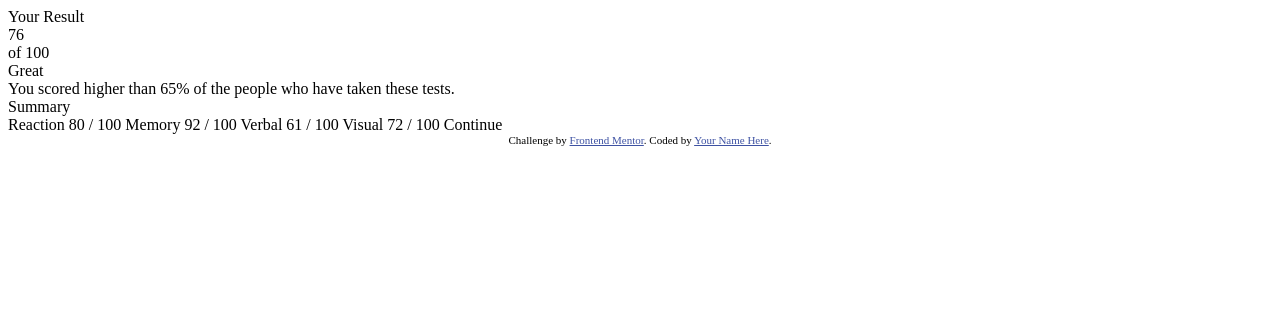
Repository: deptraicogisainao/First-challenge
Page: results-summary-component-main/index.html
An editor plug-in stored every save of this project. The page is shown before and after the next save, followed by the edit.
The browser window is 1280 px wide. The pictures show the whole page.

Above is the page before, as saved 2023-04-12 14:39:25.

### results-summary-component-main/index.html
<!DOCTYPE html>
<html lang="en">
<head>
  <meta charset="UTF-8">
  <meta name="viewport" content="width=device-width, initial-scale=1.0"> <!-- displays site properly based on user's device -->

  <link rel="icon" type="image/png" sizes="32x32" href="./assets/images/favicon-32x32.png">

  <title>Frontend Mentor | Results summary component</title>

  <!-- Feel free to remove these styles or customise in your own stylesheet 👍 -->
  <style>
    .attribution { font-size: 11px; text-align: center; }
    .attribution a { color: hsl(228, 45%, 44%); }
  </style>
</head>
<body>

<div class="wrapper">
  <div class="result">
    <div class="heading">Your Result</div>
    <div class="score">
      <div class="score1">76</div>
      <div class="score2">of 100</div>
    </div>
    <div class="rating">Great</div>
    <div class="comment"> You scored higher than 65% of the people who have taken these tests.</div>
  </div>
  <div class="summary">
    <div class="heading">
      Summary</div>
    <div class="details">
      <div class="details1">
        <div class="reaction"></div>
        <div class="score1"></div>
      </div>
      <div class="details2">
        <div class="memory"></div>
        <div class="score2"></div>
      </div>
      <div class="details3">
        <div class="verbal"></div>
        <div class="score3"></div>
      </div>
      <div class="details4">
        <div class="visual"></div>
        <div class="score4"></div>
      </div>




    </div>
    <div class="continue"></div>
  </div>
</div>












  Reaction
  80 / 100

  Memory
  92 / 100

  Verbal
  61 / 100

  Visual
  72 / 100

  Continue

  <div class="attribution">
    Challenge by <a href="https://www.frontendmentor.io?ref=challenge" target="_blank">Frontend Mentor</a>.
    Coded by <a href="#">Your Name Here</a>.
  </div>
</body>
</html>

After the next save:
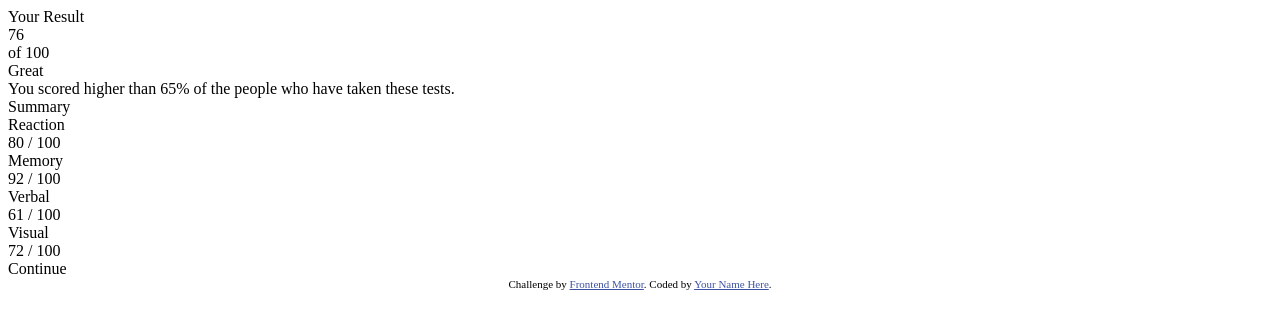
Saved 57 s later.
--- a/results-summary-component-main/index.html
+++ b/results-summary-component-main/index.html
@@ -31,20 +31,22 @@
       Summary</div>
     <div class="details">
       <div class="details1">
-        <div class="reaction"></div>
-        <div class="score1"></div>
+        <div class="reaction">Reaction</div>
+        <div class="score1">
+          80 / 100</div>
       </div>
       <div class="details2">
-        <div class="memory"></div>
-        <div class="score2"></div>
+        <div class="memory"> Memory</div>
+        <div class="score2">  92 / 100</div>
       </div>
       <div class="details3">
-        <div class="verbal"></div>
-        <div class="score3"></div>
+        <div class="verbal"> Verbal</div>
+        <div class="score3">
+          61 / 100</div>
       </div>
       <div class="details4">
-        <div class="visual"></div>
-        <div class="score4"></div>
+        <div class="visual"> Visual</div>
+        <div class="score4">  72 / 100</div>
       </div>
 
 
@@ -66,17 +68,15 @@
 
 
 
-  Reaction
-  80 / 100
 
-  Memory
-  92 / 100
 
-  Verbal
-  61 / 100
 
-  Visual
-  72 / 100
+
+
+
+
+
+
 
   Continue
 
